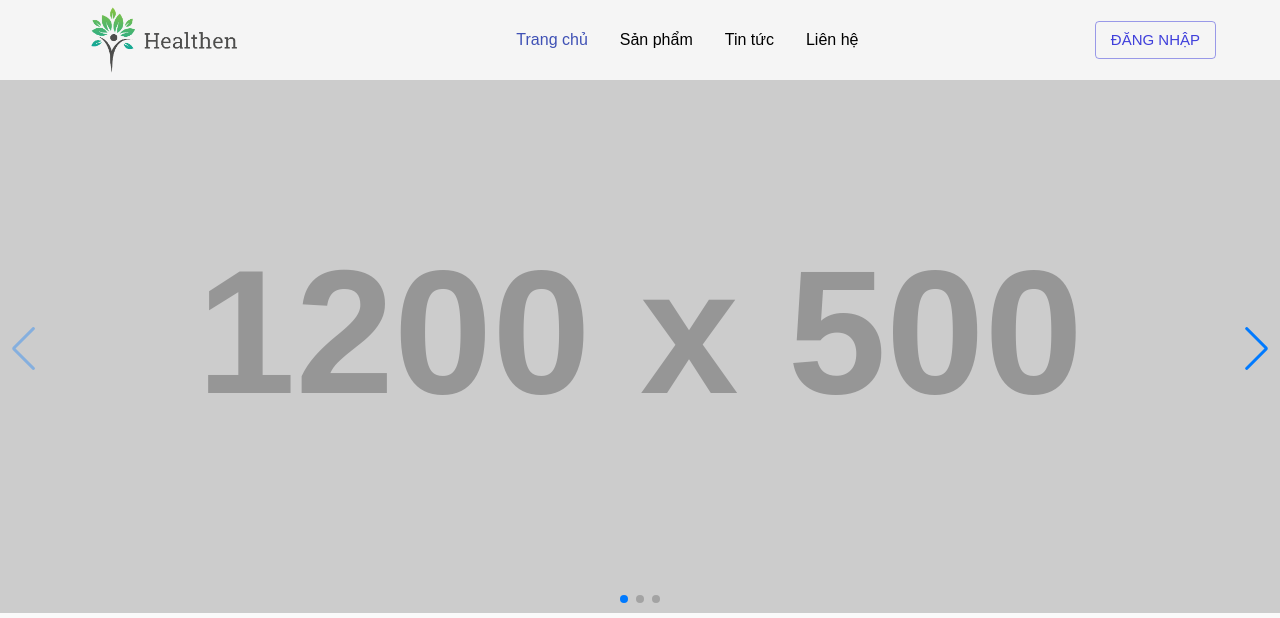
Repository: ndtrung341/Bao_Cao_PTW
Page: / (app in client/)
An editor plug-in stored every save of this project. The page is shown before and after a run of saves, followed by the edit.
The browser window is 1280 px wide. The pictures show the part of the page from y = 0 to 618 px (the page is 964 px tall before and 1008 px after).
Pictures or frames that could not be fetched are drawn as grey boxes. Some web libraries are served in a nearby version. The project was rebuilt for these pictures with package versions that can differ from the ones it lists, and the page was loaded fresh each time. Also part of the build but not shown: client/src/App.css, client/src/features/cart/index.jsx, client/src/components/NotFound/index.jsx, client/src/components/FormControl/InputField.jsx, client/src/components/FormControl/PasswordField.jsx, client/src/features/auth/components/LoginForm.jsx, client/src/features/auth/pages/LoginPage.jsx, client/src/features/auth/components/RegisterForm.jsx and 3 more.

Above is the page before, as saved 2022-03-27 09:08:23.

After the next 4 saves:
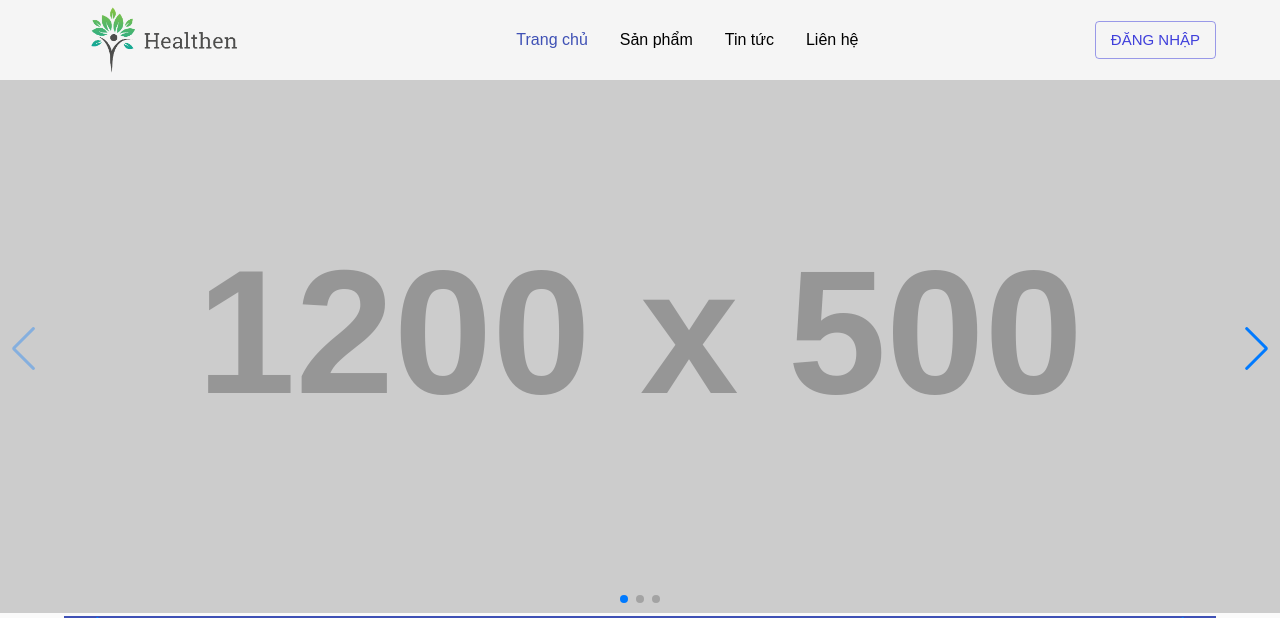
The 4 saves are shown as one change because 3 did not build or start.
The last was saved 3 min 26 s later.
--- a/client/src/components/Home/index.jsx
+++ b/client/src/components/Home/index.jsx
@@ -1,8 +1,14 @@
 import React from 'react';
+import Services from './Services';
 import Slider from './Slider';
 
 const Home = () => {
-   return <Slider />;
+   return (
+      <>
+         <Slider />
+         <Services />
+      </>
+   );
 };
 
 export default Home;
--- a/client/src/components/Home/Services.jsx
+++ b/client/src/components/Home/Services.jsx
@@ -10,7 +10,7 @@ const useStyles = makeStyles((theme) => ({
    },
 }));
 
-const ServiceItem = (content, icon) => {
+const ServiceItem = ({ content, icon }) => {
    return (
       <>
          <Box>
@@ -27,8 +27,8 @@ const Services = () => {
    const classes = useStyles();
 
    return (
-      <Box className={classes.root}>
-         <Container>
+      <Container>
+         <Box className={classes.root}>
             <Swiper
                slidesPerView={4}
                navigation
@@ -37,11 +37,11 @@ const Services = () => {
                onSlideChange={() => console.log('slide change')}
             >
                <SwiperSlide>
-                  <ServiceItem />
+                  <ServiceItem content={'123'} />
                </SwiperSlide>
             </Swiper>
-         </Container>
-      </Box>
+         </Box>
+      </Container>
    );
 };
 
